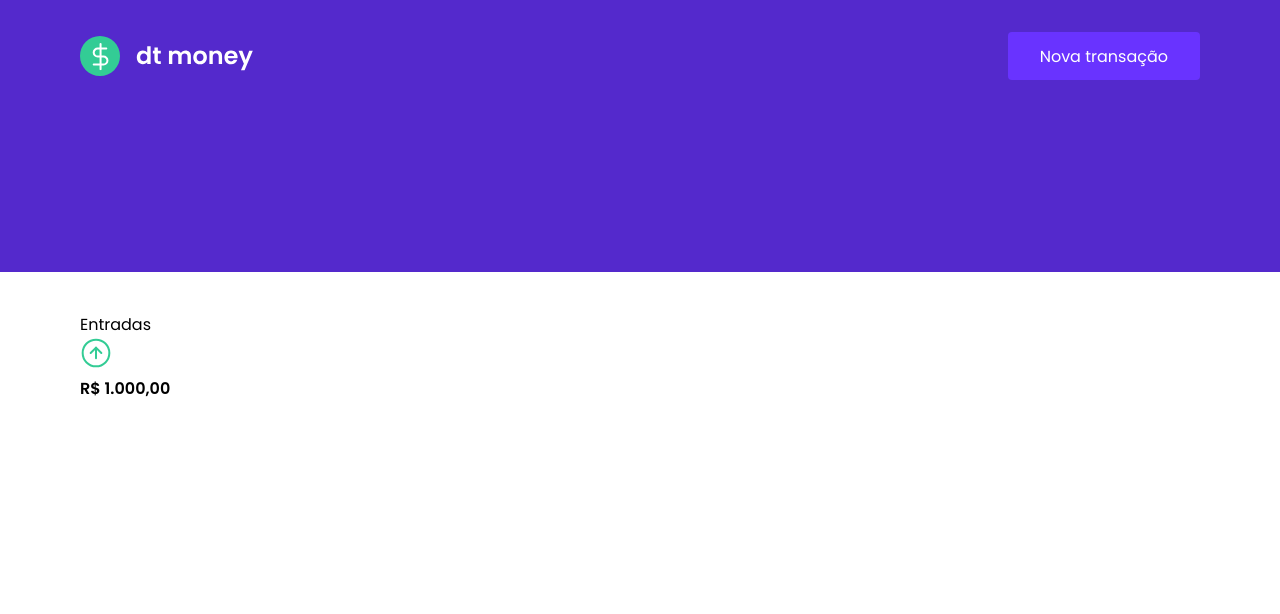
Repository: lucaslopesdevv/dtmoney
Page: /
An editor plug-in stored every save of this project. The page is shown before and after a run of saves, followed by the edit.
The browser window is 1280 px wide. The pictures show the whole page.
The project was rebuilt for these pictures with package versions that can differ from the ones it lists, and the page was loaded fresh each time.

Above is the page before, as saved 2021-12-06 21:07:49.

After the next 2 saves:
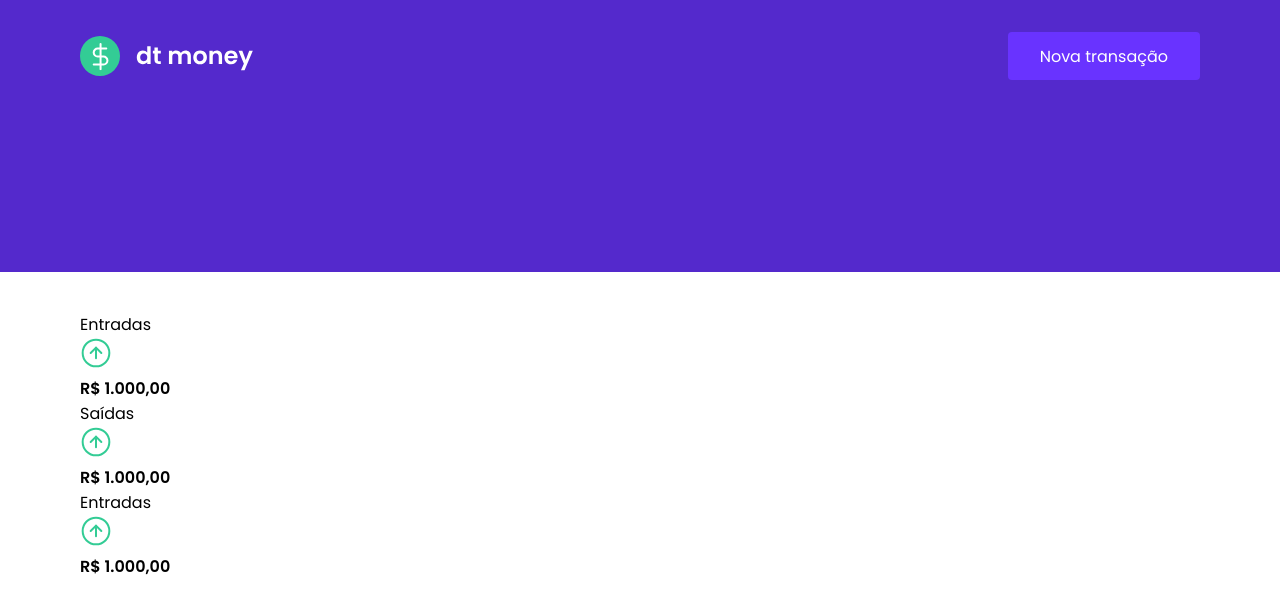
The 2 saves are shown as one change because they came seconds apart.
The last was saved 40 s later.
--- a/src/components/Summary/index.tsx
+++ b/src/components/Summary/index.tsx
@@ -1,4 +1,5 @@
 import incomeImg from '../../assets/income.svg';
+import outcomeImg from '../../assets/outcome.svg';
 
 import { Container } from './styles';
 
@@ -12,6 +13,22 @@ export function Summary() {
                 </header>
                 <strong>R$ 1.000,00</strong>
             </div>
+
+            <div>
+                <header>
+                    <p>Saídas</p>
+                    <img src={incomeImg} alt="Entradas" />
+                </header>
+                <strong>R$ 1.000,00</strong>
+            </div>
+
+            <div>
+                <header>
+                    <p>Entradas</p>
+                    <img src={incomeImg} alt="Entradas" />
+                </header>
+                <strong>R$ 1.000,00</strong>
+            </div>
         </Container>
     )
 }
